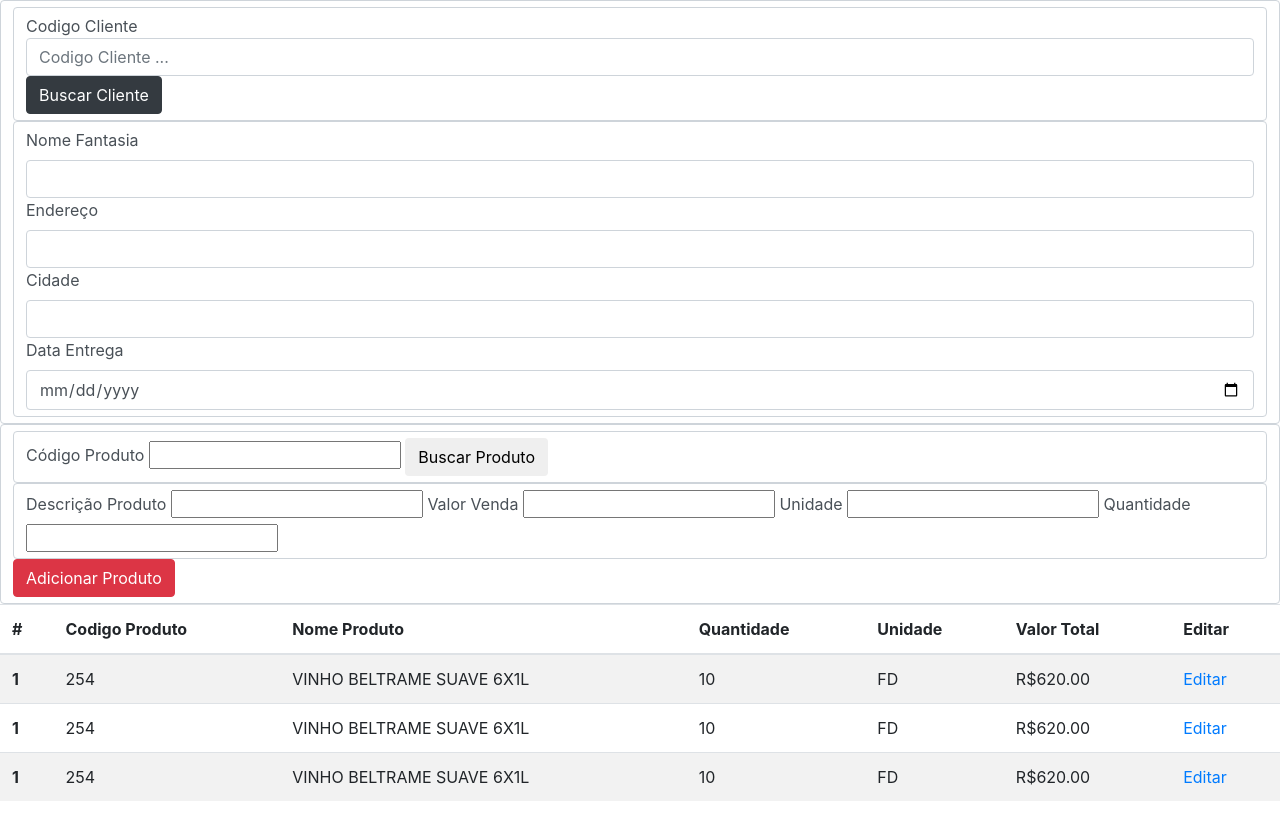
Repository: RobertoAntunes35/controle-estoque
Page: backend/templates/paginaGeracaoPedidos.html
These files come from the project's save history. The page is drawn as it stood at one moment and after the next save; the edit follows.
The browser window is 1280 px wide. The pictures show the whole page.
Some web libraries are served in a nearby version. The template is drawn by Flask 3. The application's start-up code is not run. The template is opened directly, without the code that normally fills it, so the values that code supplies are empty.

Above is the page before, as saved 2023-06-06 11:07:16.

After the next save:
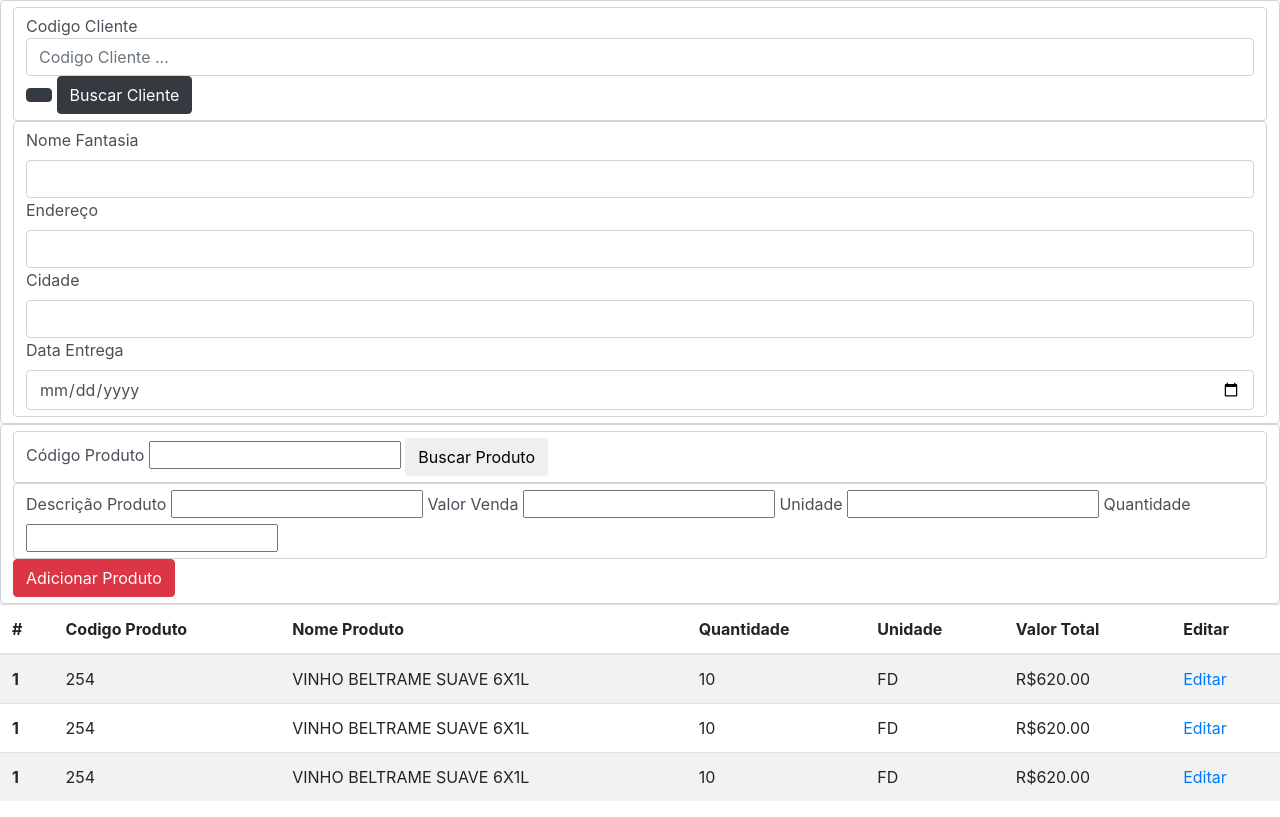
Saved 3 min 22 s later.
--- a/backend/templates/paginaGeracaoPedidos.html
+++ b/backend/templates/paginaGeracaoPedidos.html
@@ -9,6 +9,7 @@
                 <div class="buscar form-control">
                     <label class="form-check-label" for="">Codigo Cliente</label>
                     <input class="form-control" type="text" name="codigoCliente" id="codigoCliente" placeholder="Codigo Cliente ...">
+                    <button name="btnBuscaClientes" id="btnBuscaClientes" class="btn btn-dark"></button>
                     <a href="#" class="btn btn-dark">Buscar Cliente</a>
                 </div>
 
